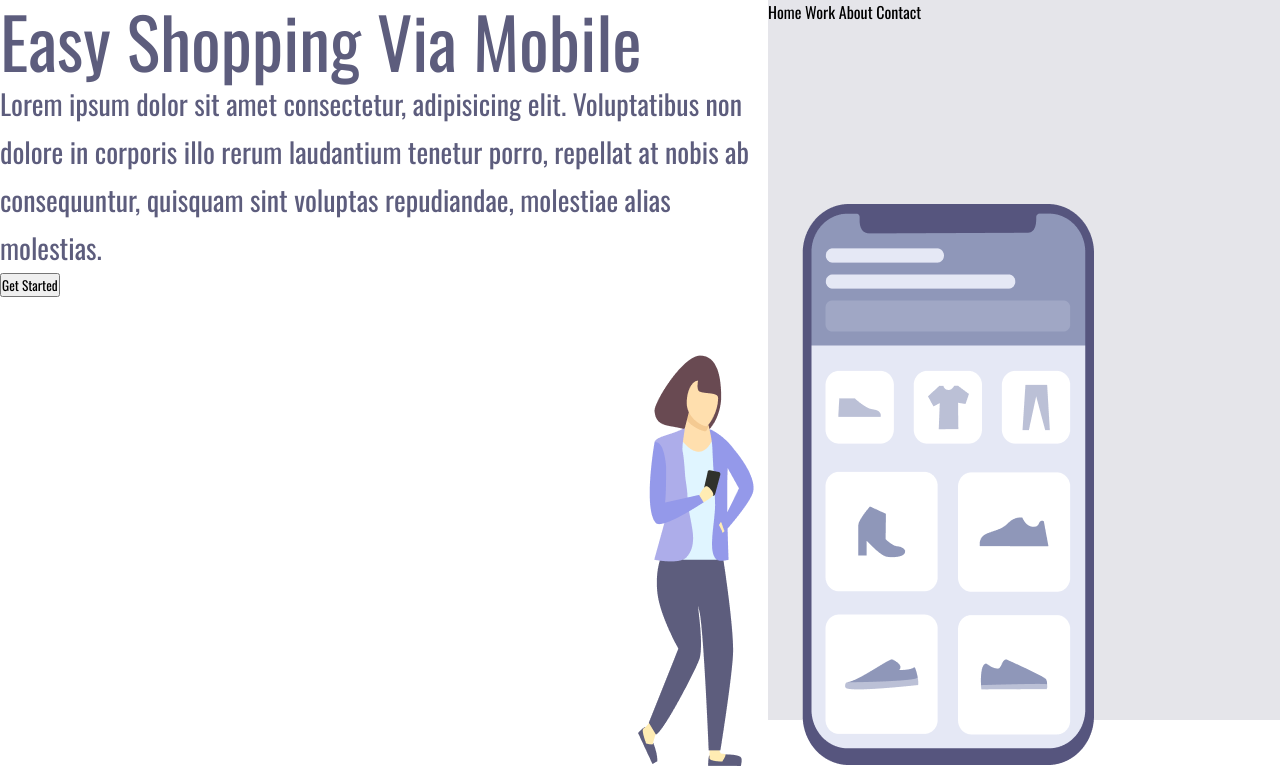
Repository: DihOliver/Projeto-Responsivo
Page: index.html
These files come from the project's save history. The page is drawn as it stood at one moment and after the next save; the edit follows.
The browser window is 1280 px wide. The pictures show the whole page.
Some web fonts or font styles are not loaded; a fallback is used.

Above is the page before, as saved 2023-06-06 22:08:53.

After the next save:
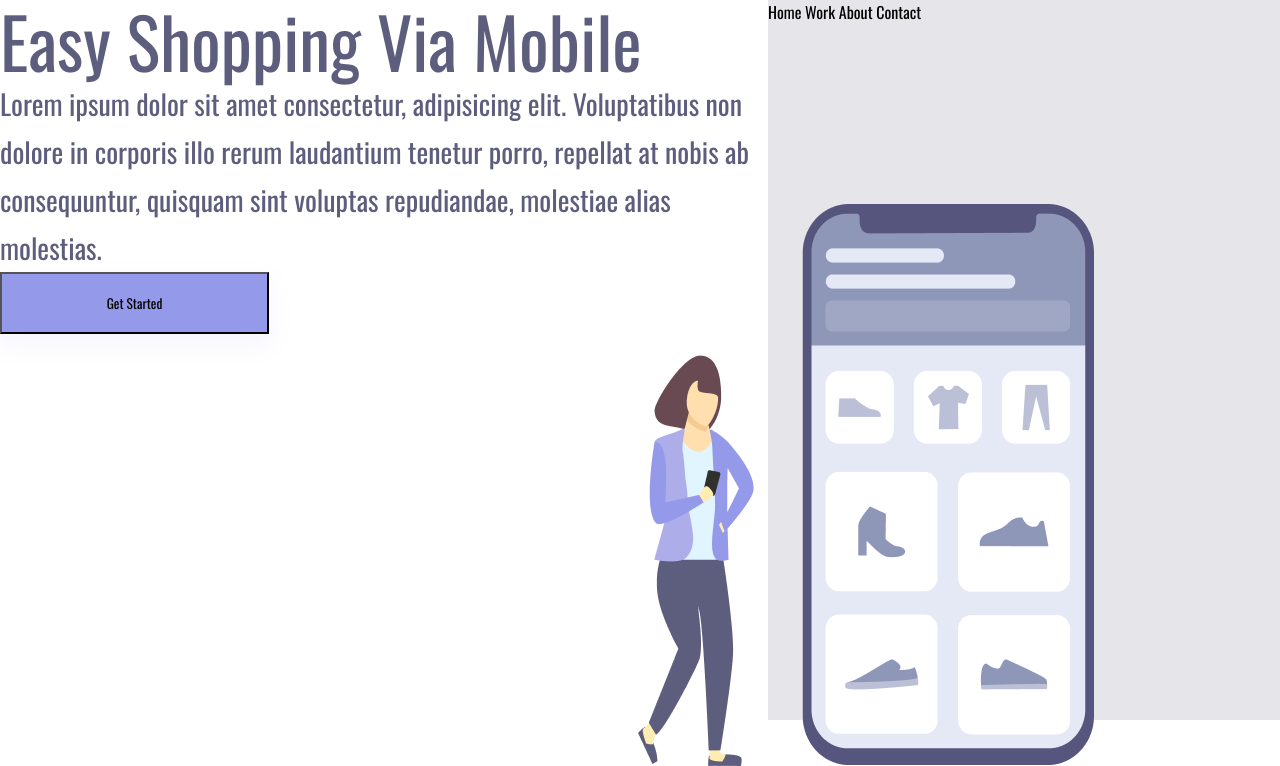
Saved 49 s later.
--- a/styles.css
+++ b/styles.css
@@ -44,3 +44,11 @@ p {
     line-height: 48px;
     color: #5D5D7D;
 }
+
+button {
+    position: absolute;
+    width: 269px;
+    height: 62px;
+    background: #9499EA;
+    box-shadow: 0px 10px 24px rgba(148, 153, 234, 0.0979959);
+    }
